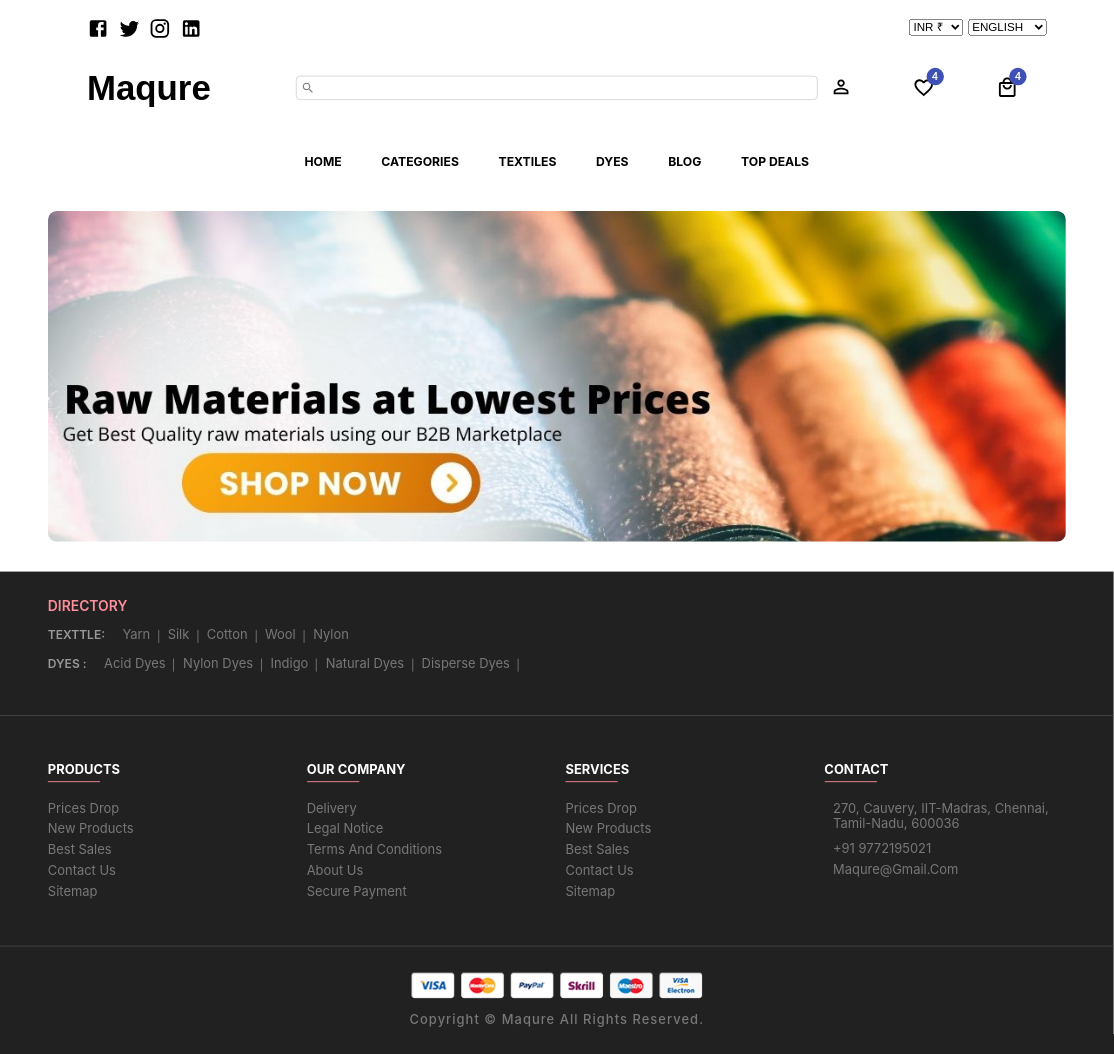
Repository: harshitsingh85420/Maqure
Page: /
The author's editor kept a copy of each file at every save. The page is drawn from the files as they stood at one save, then again after the next save.
The browser window is 1280 px wide. The pictures show the whole page, at 87% of full size.
The project was rebuilt for these pictures with package versions that can differ from the ones it lists, and the page was loaded fresh each time.

Above is the page before, as saved 2022-05-26 07:17:23.

After the next save:
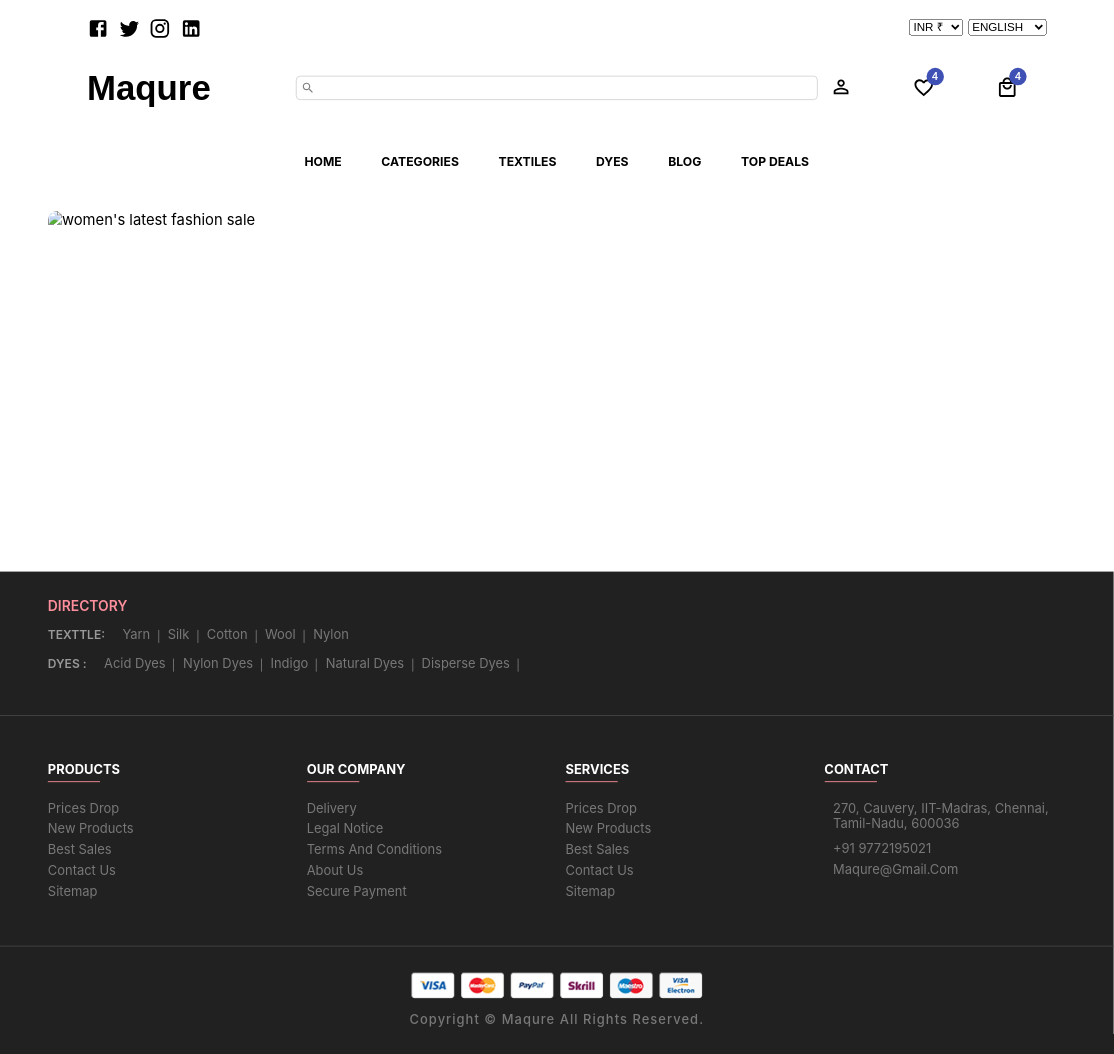
Not found: home/harshit/Documents/Maqure/src/components/Images/banner-1.jpg
Saved 36 s later.
--- a/src/components/Banner.jsx
+++ b/src/components/Banner.jsx
@@ -10,7 +10,7 @@
 
         <div class="slider-item">
 
-          <img src="/Images/banner-1.jpg" alt="women's latest fashion sale" class="banner-img1" id="temp1"/>
+          <img src="/home/harshit/Documents/Maqure/src/components/Images/banner-1.jpg" alt="women's latest fashion sale" class="banner-img1" id="temp1"/>
 
 
 
